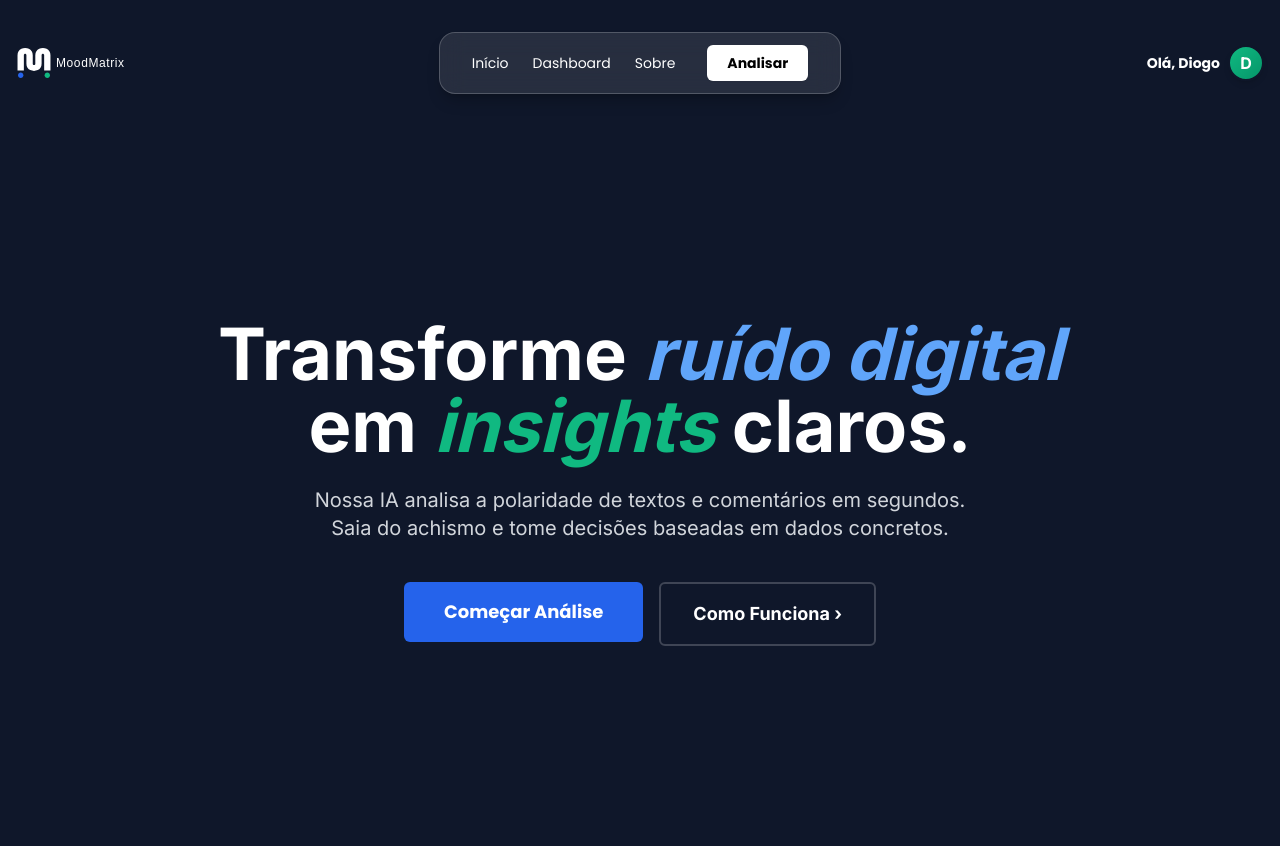
Repository: Hackaton-ONE/hackathon-Frontend
Page: /
An editor plug-in stored every save of this project. The page is shown before and after the next save, followed by the edit.
The browser window is 1280 px wide. The pictures show the whole page.
Some web fonts or font styles are not loaded; a fallback is used. The project was rebuilt for these pictures with package versions that can differ from the ones it lists, and the page was loaded fresh each time. The framework's server and built-in components were replaced by stand-ins that run in the browser. Also part of the build but not shown: next.config.ts.

Above is the page before, as saved 2026-01-02 10:12:12.

After the next save:
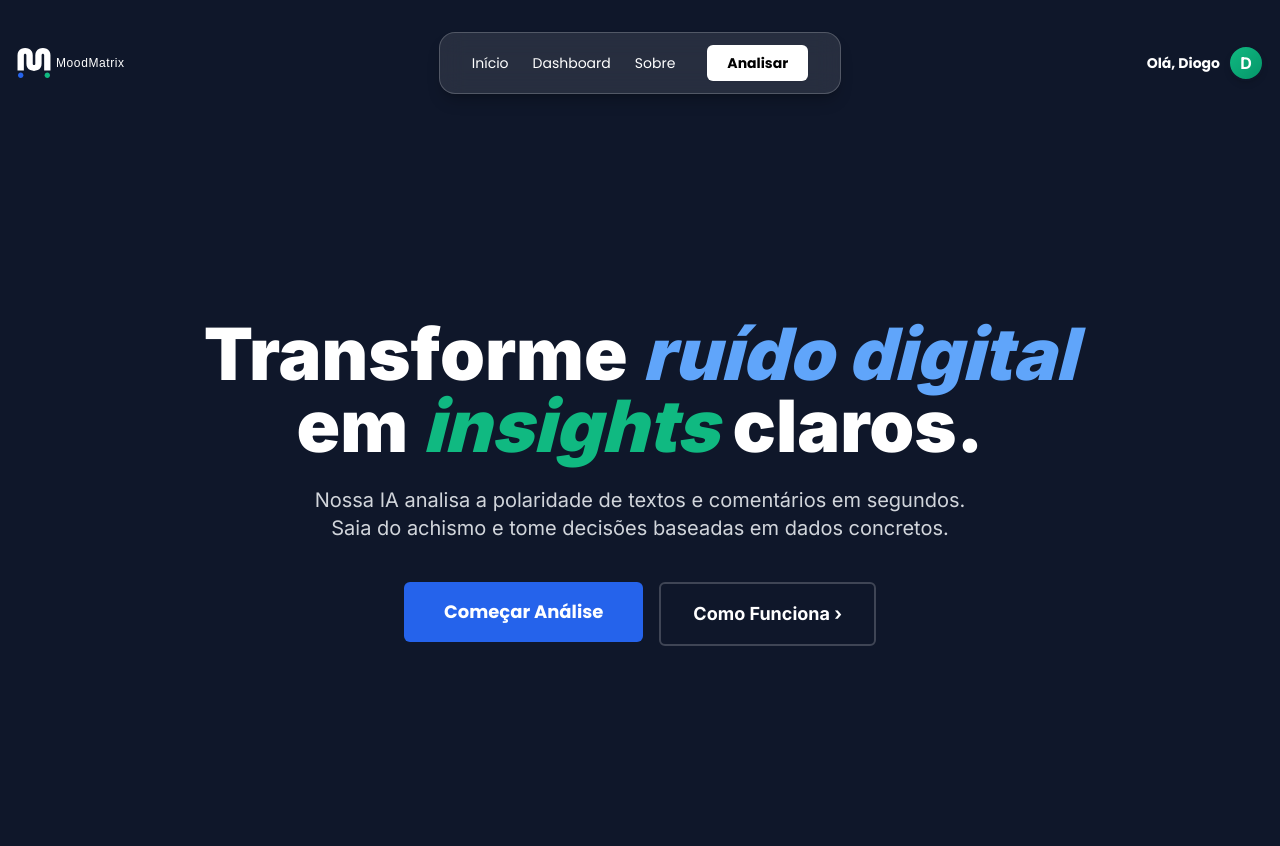
Saved 19 s later.
--- a/components/HeroSection.tsx
+++ b/components/HeroSection.tsx
@@ -58,7 +58,7 @@ export function HeroSection() {
       <div className="max-w-5xl mx-auto text-center flex flex-col items-center">
 
         {/* TÍTULO */}
-        <h1 className="font-inter font-bold text-4xl md:text-6xl lg:text-7xl leading-tight text-white mb-6">
+        <h1 className="font-inter font-black text-4xl md:text-6xl lg:text-7xl leading-tight text-white mb-6">
           Transforme <span className="italic text-blue-light">ruído digital</span> <br className="hidden md:block" />
           em <span className="italic text-neon-green">insights</span> claros.
         </h1>
